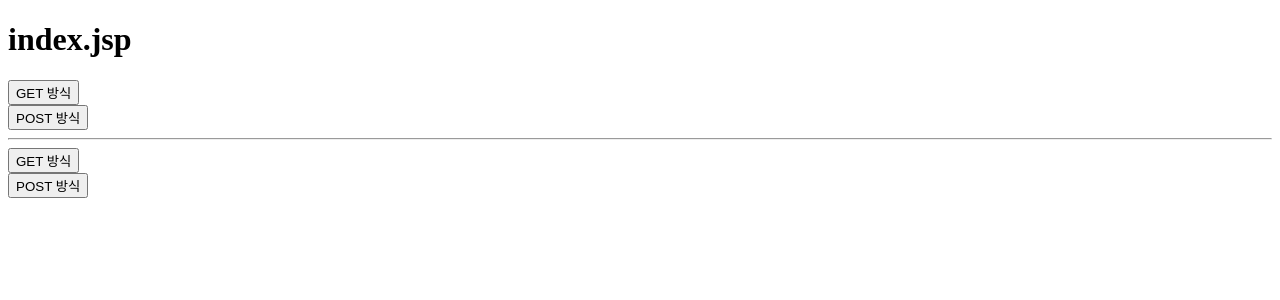
Repository: junesse-afk/ITJSP
Page: http://localhost/StudyJSP/
An editor plug-in stored every save of this project. The page is shown before and after the next save, followed by the edit.
The browser window is 1280 px wide. The pictures show the whole page.
The page is served by Tomcat 10.

Above is the page before, as saved 2024-11-27 02:37:06.

After the next save:
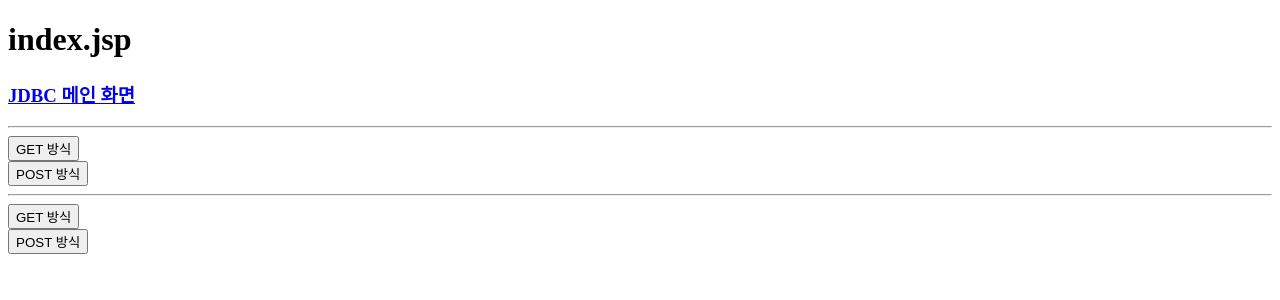
Saved 51 s later.
--- a/workspace_jsp/StudyJSP/src/main/webapp/default.jsp
+++ b/workspace_jsp/StudyJSP/src/main/webapp/default.jsp
@@ -10,6 +10,9 @@
 
 	<h1>index.jsp</h1>
 
+	<h3><a href="Main.jdbc">JDBC 메인 화면</a></h3>
+
+	<hr>
 	<form action="myServlet1" method="get">
 		<input type="submit" value="GET 방식">
 	</form>
